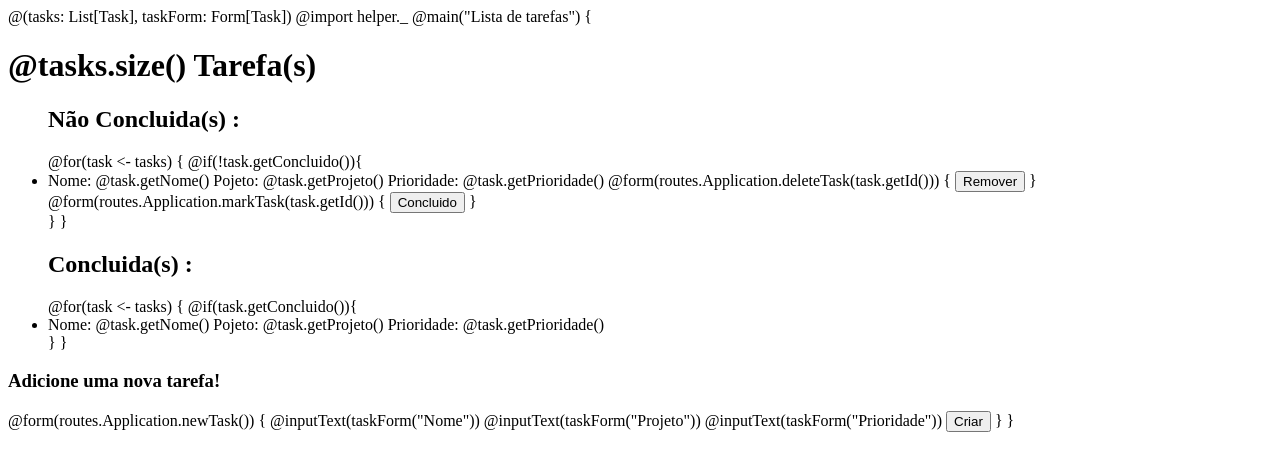
Repository: lcavalcante/si1
Page: lab2/.target/views/index.scala.html
An editor plug-in stored every save of this project. The page is shown before and after the next save, followed by the edit.
The browser window is 1280 px wide. The pictures show the whole page.

Above is the page before, as saved 2013-11-27 01:01:00.

After the next save:
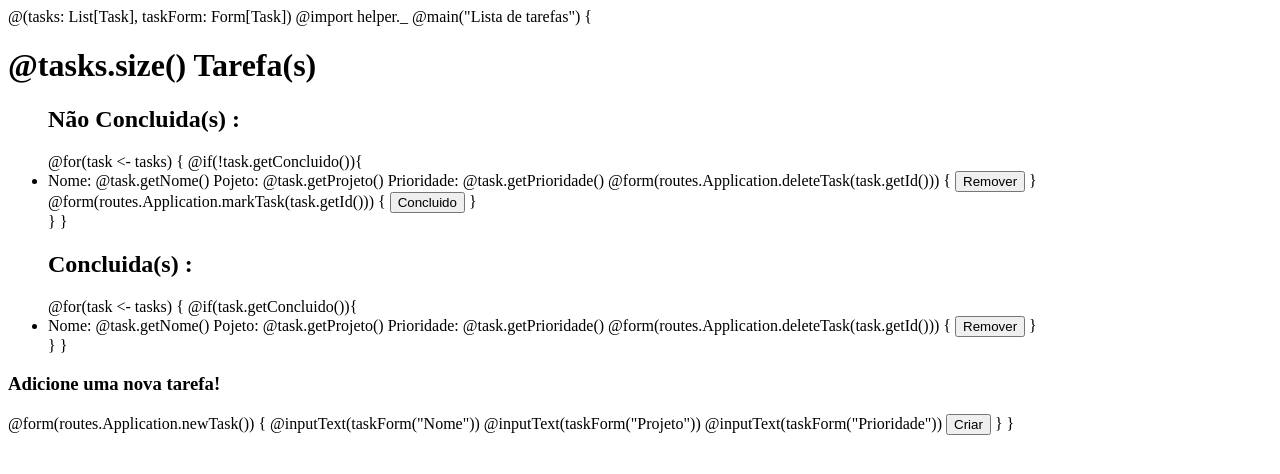
Saved 36 s later.
--- a/lab2/.target/views/index.scala.html
+++ b/lab2/.target/views/index.scala.html
@@ -40,6 +40,12 @@
                 Nome: @task.getNome()
                 Pojeto: @task.getProjeto()
                 Prioridade: @task.getPrioridade()
+
+                @form(routes.Application.deleteTask(task.getId())) {
+                    <input type="submit" value="Remover">
+
+                }
+
                 </li>
                 }
 
